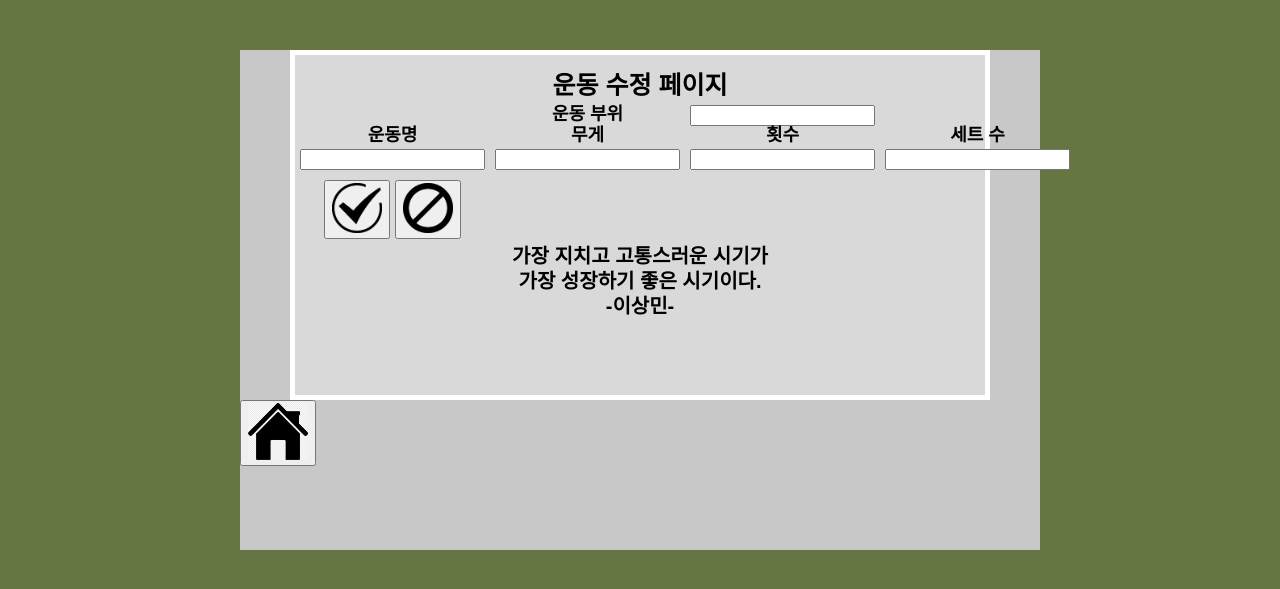
Repository: Up-Min/hrdkorea
Page: http://localhost/jsp_workout/wk_edit.jsp
These files come from the project's save history. The page is drawn as it stood at one moment and after the next save; the edit follows.
The browser window is 1280 px wide. The pictures show the whole page.
The page is served by Tomcat 9. The template is opened directly, without the code that normally fills it, so the values that code supplies are empty.

Above is the page before, as saved 2022-12-31 07:36:38.

After the next save:
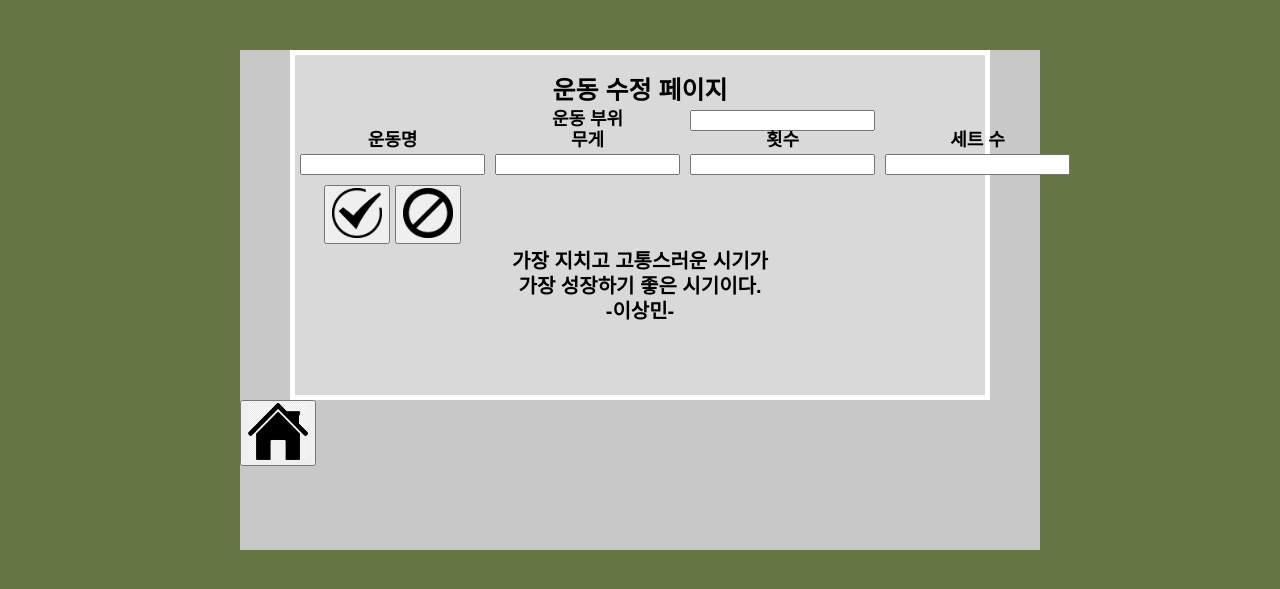
Saved 6 s later.
--- a/jsp_workout/src/main/webapp/wk_edit.jsp
+++ b/jsp_workout/src/main/webapp/wk_edit.jsp
@@ -36,7 +36,7 @@ width: 700px;
 	font-size: 25px;
 	line-height: 30px;
 	padding: 5px;
-	margin-top: 10px;
+	margin-top: 15px;
 }
 
 table{
